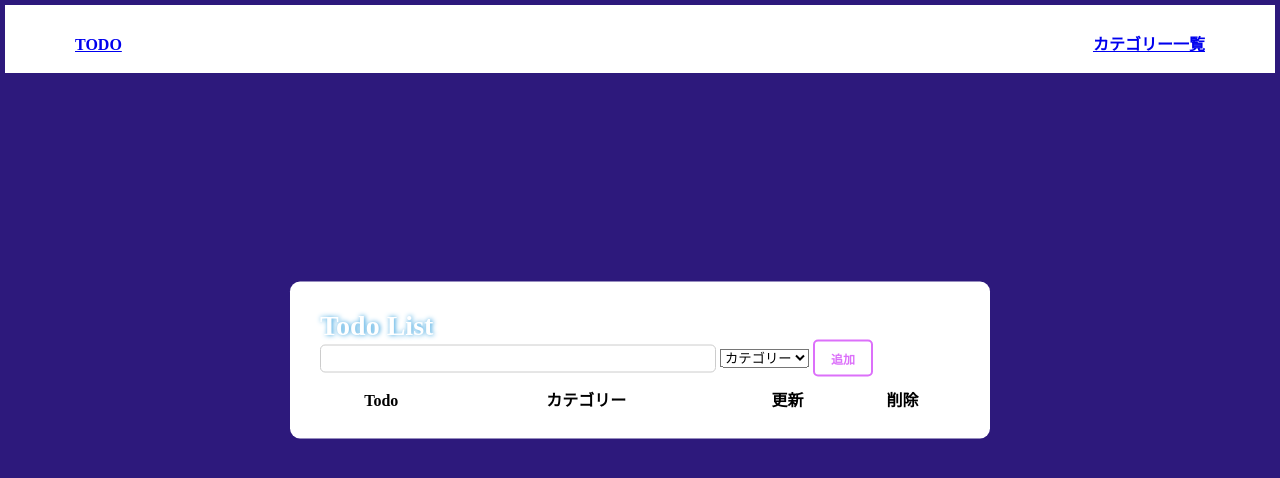
Repository: azuma2/cate
Page: http://localhost/
The author's editor kept a copy of each file at every save. The page is drawn from the files as they stood at one save, then again after a run of saves.
The browser window is 1280 px wide. The pictures show the whole page.
The page is served by the project's Laravel application, run on PHP 8.4 with Laravel 8. Other server files are loaded and not shown. Queries for data that is not in the repository find no rows.

Above is the page before, as saved 2022-05-18 00:47:40.

### routes/web.php
<?php

use Illuminate\Support\Facades\Route;
use App\Http\Controllers\TodoController;
use App\Http\Controllers\CateController;


Route::get('/', [TodoController::class, 'index']);

Route::get('/cate', [CateController::class, 'index']);

Route::post('/todo/create', [TodoController::class, 'create']);
Route::post('/todo/update', [TodoController::class, 'update']);
Route::post('/todo/delete', [TodoController::class, 'remove']);
Route::post('/todo/search', [TodoController::class, 'search']);
Route::post('/cate/create', [CateController::class, 'create']);
Route::post('/cate/update', [CateController::class, 'update']);
Route::post('/cate/delete', [CateController::class, 'remove']);
Route::post('/cate/search', [CateController::class, 'search']);

### app/Http/Controllers/TodoController.php
<?php

namespace App\Http\Controllers;

use App\Models\Todo;
use App\Models\Cate;
use Illuminate\Http\Request;
use Illuminate\Support\Facades\DB;

class TodoController extends Controller
{
    public function index()
    {
        $items = Todo::all();
        $cates = Cate::all();
        return view('index', ['items' => $items, 'cates' => $cates]);
    }


    public function create(Request $request)
    {
        $param = ['content' => $request->content,];
        $this->validate($request, Todo::$rules);

        $param2 = ['content' => $request->content,];
        $this->validate($request, Cate::$rules);


        DB::insert('insert into todos (content) values (:content)', $param);
        DB::insert('insert into cates (content) values (:content)', $param2);
        return redirect('/');
    }

    public function update(Request $request)
    {
         $param = [
            'id' => $request->id,
            'content' => $request->content,

        ];
        $this->validate($request, Todo::$rules);
        DB::update('update todos set content =:content where id =:id', $param);
        return redirect('/');
    }

    public function remove(Request $request)
    {
        $param = ['id' => $request->id];
        DB::delete('delete from todos where id =:id', $param);
        return redirect('/');
    }



}

### app/Models/todo.php
<?php


namespace App\Models;

use Illuminate\Database\Eloquent\Factories\HasFactory;
use Illuminate\Database\Eloquent\Model;
use App\Models\Cate;

class Todo extends Model
{
    use HasFactory;

    protected $fillable = ['cate_id', 'content'];

    public static $rules = array(
        'cate_id' => 'required',
        'content' => 'required|max:20',
    );

    public function cate(){
        return $this->belongsTo('App\Models\cate');
    }


}

### app/Models/cate.php
<?php


namespace App\Models;

use Illuminate\Database\Eloquent\Factories\HasFactory;
use Illuminate\Database\Eloquent\Model;
use App\Models\Todo;

class Cate extends Model
{
    use HasFactory;

    protected $fillable = ['content'];

    public static $rules = array(
        'content' => 'required|max:10',
    );

    public function todo(){
        return $this->belongsTo('App\Models\todo');
    }


}

### resources/views/index.blade.php
<!DOCTYPE html>
<html lang="ja">
<head>
    <meta charset="UTF-8">
    <meta http-equiv="X-UA-Compatible" content="IE=edge">
    <meta name="viewport" content="width=device-width, initial-scale=1.0">
    <link rel="stylesheet" href="{{ asset('/reset.css') }}" >
    <title>@yield('title')</title>
    <style>
    body {
      font-size:16px;
      margin: 5px;
      background-color: #2d197c;
    }

form {

    margin: 0;
}


header{
  padding-right:50px;
  padding-left:50px;
  padding-top:20px;
  left: 0;
  top: 0;
  background: #fff;

}
.head {

  font-weight: bolder;
  position: sticky;
  bottom: 0;
}

.head0{
    display: flex;
    justify-content: space-between;
}

.head1{
  padding: 10px;
  margin: 10px;
  margin-left
}

.head2{
  padding: 10px;
  margin: 10px;
}

ul{
  list-style: none;
  margin-top: -8px;
}

    td {
      padding: 5px 10px;
      text-align: center;
    }

    .narabe{
      display:flex;
      flex-flow: column;
    }

    .button {
    text-align: left;
    border: 2px solid #dc70fa;
    font-size: 12px;
    color: #dc70fa;
    background-color: #fff;
    font-weight: bold;
    padding: 8px 16px;
    border-radius: 5px;
    cursor: pointer;
    transition: 0.4s;
    outline: none;
}
.input-add {
    width: 60%;
    padding: 5px;
    border-radius: 5px;
    border: 1px solid #ccc;
    appearance: none;
    font-size: 14px;
    outline: none;
}
.input-update {
    width: 90%;
    padding: 5px;
    border-radius: 5px;
    border: 1px solid #ccc;
    appearance: none;
    font-size: 14px;
    outline: none;
}
    .card {
    background-color: #fff;
    width: 50vw;
    padding: 30px;
    position: absolute;
    top: 50%;
    left: 50%;
    transform: translate(-50%, -50%);
    border-radius: 10px;
}
    h2 {
      font-size:28px;
      color:white;
      text-shadow:1px 0 5px #289ADC;
      margin-left: 1px;
      margin: 0;
    }
    .content {
      margin:10px;
    }
.pulu{

}
    .button2 {
    text-align: left;
    border: 2px solid #dc70fa;
    font-size: 12px;
    color: #dc70fa;
    background-color: #fff;
    font-weight: bold;
    padding: 8px 16px;
    border-radius: 5px;
    cursor: pointer;
    transition: 0.4s;
    outline: none;

}
    </style>
  </head>
  <body>
  <header>
    <div class="head">
      <ul class="head0">
        <li class="head1"><a href="{{ url('/') }}">TODO</a></li>
        <li class="head2"><a href="{{ url('/cate') }}">カテゴリー一覧</a></li>
      </ul>
    </div>
  </header>
  <div class="container">
    <div class="card">
      <h2 class="title">Todo List</h2>
            <div class="todo">
              @if ($errors->has('content'))
                  <tr>
                    <th>TODOが入力されておりません</th>
                  </tr><br>
              @endif
              @if ($errors->has('cate_id'))
                  <tr>
                    <th>カテゴリーが選択されておりません</th>
                  </tr>
              @endif




        <form action="/todo/create" method="post">
            @csrf
          <input type="text" class="input-add" name="content">
                    <!--  カテゴリープルダウン -->
        <select class="pulu" id="cate_id" name="cate_id" >
          <option value="0">カテゴリー</option>
            @foreach ($cates as $item)
                <option value="{{ $item->id }}">{{ $item->content }}</option>
            @endforeach
        </select>
          <input class="button2" type="submit" value="追加" />
        </form>
          <div class="narabe">
        <table>
            @csrf
          <tr>
            <th>Todo</th>
            <th>カテゴリー</th>
            <th>更新</th>
            <th>削除</th>
          </tr><br>

                    <tr>
            @foreach ($items as $item)

            <td>
              <input type="text" class="input-update" value="{{$item->content}}" name="content" />
            </td>
            <form action="/todo/update" method="post">
              @csrf
              <td>

              </td>
              <td>
                <input type="hidden"  name="id" value="{{$item->id}}">
                <input class="button" type="submit" value="更新" >
              </td>
            </form>
            <td>
              <form action="/todo/delete" method="post" >
                    @csrf
                <input  type="hidden" name="id" value="{{$item->id}}" >
                <input class="button" type="submit" value="削除" >
              </form>
            </td>
            </div>
          </tr>
          @endforeach
        </table>
      </div>
    </div>
  </div>
  </div>

</body>
</html>

### public/reset.css
/*
html5doctor.com Reset Stylesheet
v1.6.1
Last Updated: 2010-09-17
Todo: Richard Clark - http://richclarkdesign.com
Twitter: @rich_clark
*/

html, body, div, span, object, iframe,
h1, h2, h3, h4, h5, h6, p, blockquote, pre,
abbr, address, cite, code,
del, dfn, em, img, ins, kbd, q, samp,
small, strong, sub, sup, var,
b, i,
dl, dt, dd, ol, ul, li,
fieldset, form, label, legend,
table, caption, tbody, tfoot, thead, tr, th, td,
article, aside, canvas, details, figcaption, figure,
footer, header, hgroup, menu, nav, section, summary,
time, mark, audio, video {
    margin:0;
    padding:0;
    border:0;
    outline:0;
    font-size:100%;
    vertical-align:baseline;
    background:transparent;
}

body {
    line-height:1;
}

article,aside,details,figcaption,figure,
footer,header,hgroup,menu,nav,section {
    display:block;
}

nav ul {
    list-style:none;
}

blockquote, q {
    quotes:none;
}

blockquote:before, blockquote:after,
q:before, q:after {
    content:'';
    content:none;
}

a {
    margin:0;
    padding:0;
    font-size:100%;
    vertical-align:baseline;
    background:transparent;
}

/* change colours to suit your needs */
ins {
    background-color:#ff9;
    color:#000;
    text-decoration:none;
}

/* change colours to suit your needs */
mark {
    background-color:#ff9;
    color:#000;
    font-style:italic;
    font-weight:bold;
}

del {
    text-decoration: line-through;
}

abbr[title], dfn[title] {
    border-bottom:1px dotted;
    cursor:help;
}

table {
    border-collapse:collapse;
    border-spacing:0;
}

/* change border colour to suit your needs */
hr {
    display:block;
    height:1px;
    border:0;
    border-top:1px solid #cccccc;
    margin:1em 0;
    padding:0;
}

input, select {
    vertical-align:middle;
}

Loaded but not shown: app/Http/Controllers/Controller.php (common file)

After the next 5 saves:
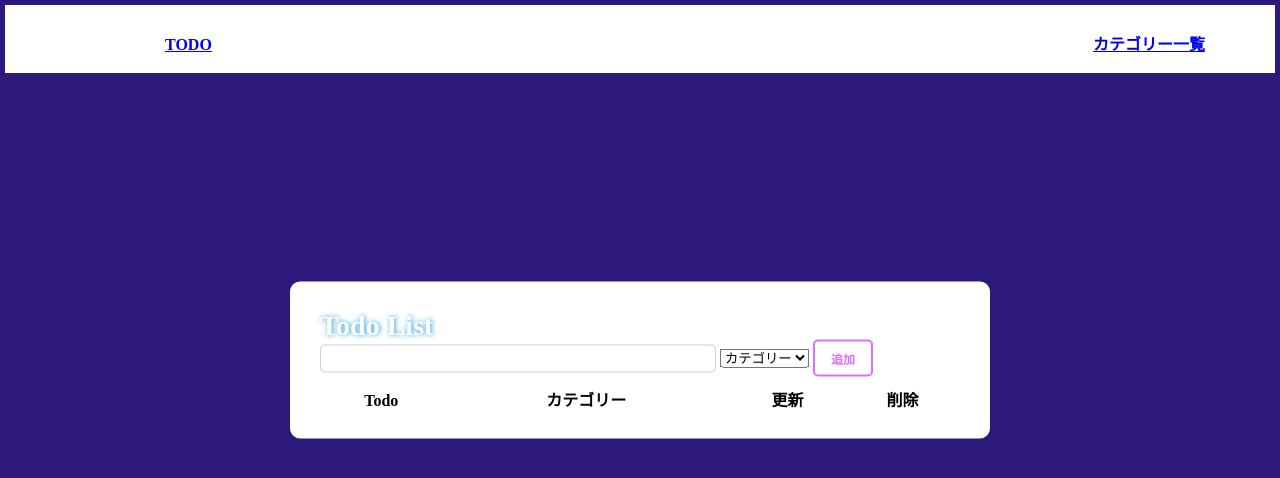
The 5 saves are shown as one change because they came seconds apart.
The last was saved 12 s later.
--- a/resources/views/index.blade.php
+++ b/resources/views/index.blade.php
@@ -43,7 +43,7 @@ header{
 .head1{
   padding: 10px;
   margin: 10px;
-  margin-left
+  margin-left:100px;
 }
 
 .head2{
